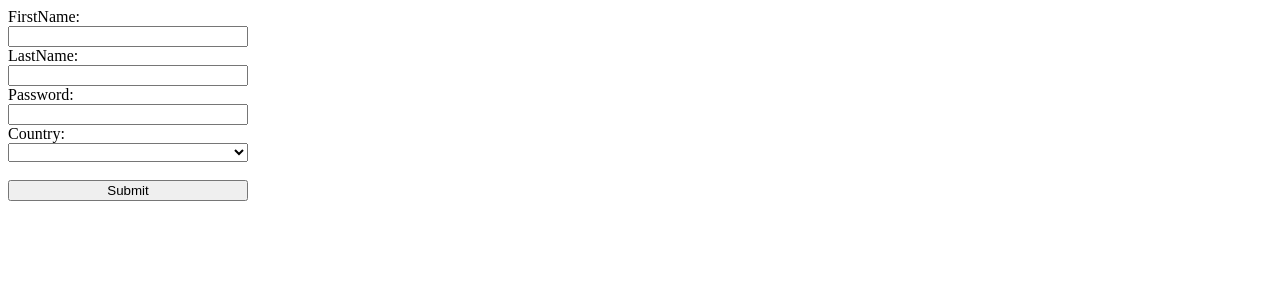
Repository: Vijay-aura/Wicket
Page: wicket-practice/src/main/java/com/form/InputFieldsPage.html
These files come from the project's save history. The page is drawn as it stood at one moment and after the next save; the edit follows.
The browser window is 1280 px wide. The pictures show the whole page.

Above is the page before, as saved 2024-03-05 05:32:42.

### wicket-practice/src/main/java/com/form/InputFieldsPage.html
<!DOCTYPE html>
<html xmlns="http://www.w3.org/1999/xhtml"
	xmlns:wicket=http://wicket.apache.org/dtds.data/wicket-xhtml1.4-strict.dtd>
<head>
<meta charset="ISO-8859-1">
<title>Insert title here</title>
<wicket:head>
	<style>
.form {
	display: flex;
	flex-direction: column;
	width:15rem;
}
</style>
</wicket:head>
</head>
<body>
	<form wicket:id="form" class="form">
		FirstName: <input type="text" wicket:id="firstName"> LastName:
		<input type="text" wicket:id="lastName">
		Password: <input type="password" wicket:id="password">
		Country: <select wicket:id="country"></select>
		<br><button wicket:id="button">Submit</button>
	</form>
	<div wicket:id="detailsContainer">
		<span wicket:id="details"></span>
	</div>

</body>
</html>

After the next save:
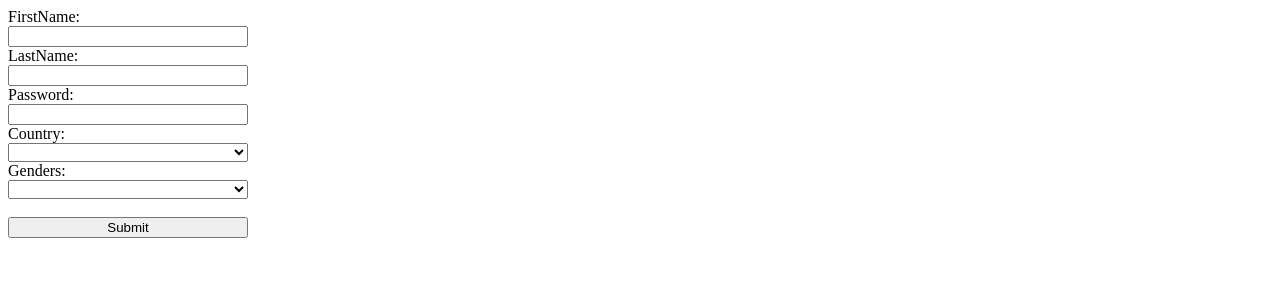
Saved 56 s later.
--- a/wicket-practice/src/main/java/com/form/InputFieldsPage.html
+++ b/wicket-practice/src/main/java/com/form/InputFieldsPage.html
@@ -20,6 +20,7 @@
 		<input type="text" wicket:id="lastName">
 		Password: <input type="password" wicket:id="password">
 		Country: <select wicket:id="country"></select>
+		Genders: <select wicket:id="gender"></select>
 		<br><button wicket:id="button">Submit</button>
 	</form>
 	<div wicket:id="detailsContainer">
